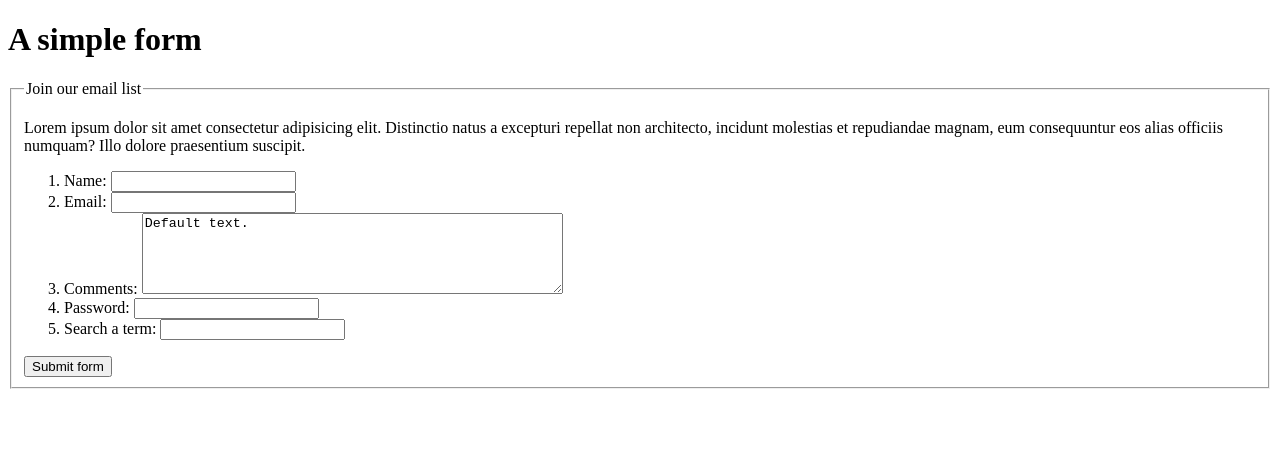
Repository: Colo-Codes/code-practice
Page: 01-html-practice-10.html
These files come from the project's save history. The page is drawn as it stood at one moment and after the next save; the edit follows.
The browser window is 1280 px wide. The pictures show the whole page.

Above is the page before, as saved 2021-04-29 13:19:39.

After the next save:
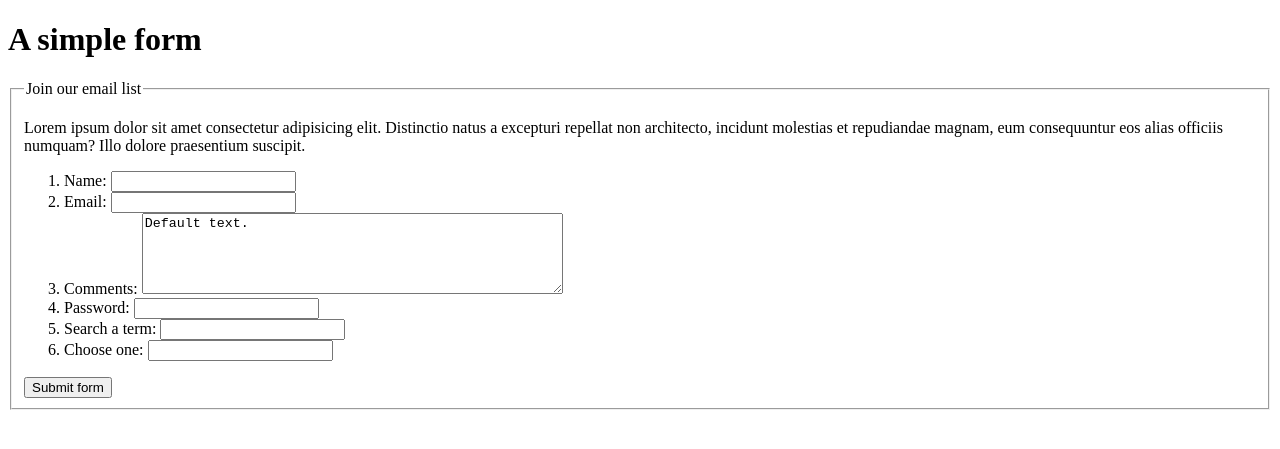
Saved 9 min 14 s later.
--- a/01-html-practice-10.html
+++ b/01-html-practice-10.html
@@ -33,6 +33,17 @@
                     <label for="searchMe">Search a term: </label>
                     <input name="userSearch" type="search" id="searchMe">
                 </li>
+                <li>
+                    <label for="chooseOne">Choose one: </label>
+                    <input type="text" name="choice" id="chooseOne" list="options">
+                    <datalist id="options">
+                        <option value="Option 1"></option>
+                        <option value="Option 2"></option>
+                        <option value="Option 3"></option>
+                        <option value="Option 4"></option>
+                    </datalist>
+
+                </li>
             </ol>
             <input type="submit" value="Submit form">
         </fieldset>
